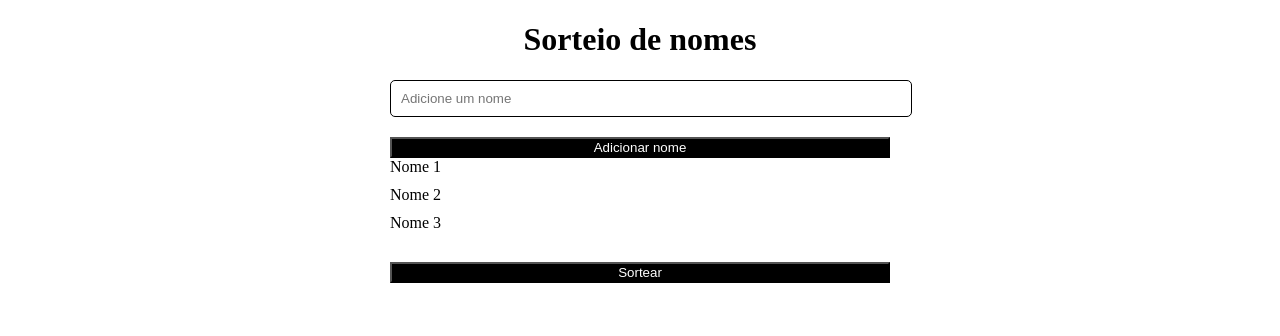
Repository: Matheus904-12/sorte
Page: sorteio-nomes.html
The author's editor kept a copy of each file at every save. The page is drawn from the files as they stood at one save, then again after the next save.
The browser window is 1280 px wide. The pictures show the whole page.

Above is the page before, as saved 2023-09-10 11:32:20.

After the next save:
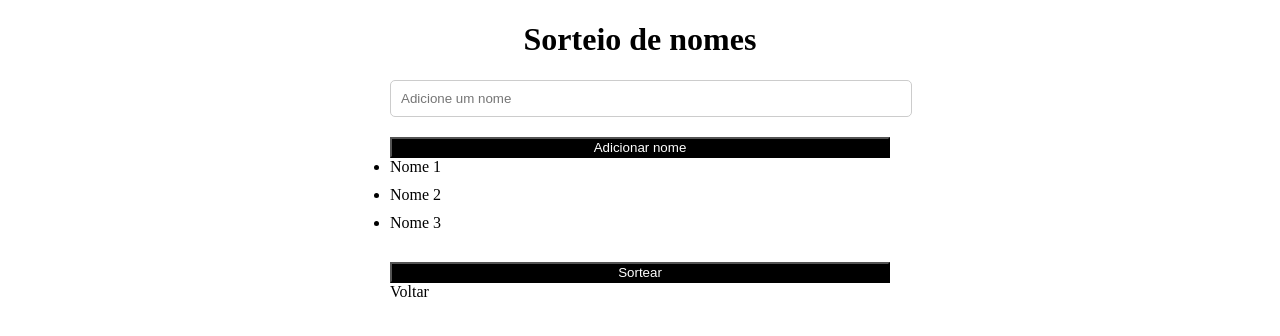
Saved 2 min 5 s later.
--- a/sorteio-nomes.html
+++ b/sorteio-nomes.html
@@ -6,16 +6,17 @@
 </head>
 <body>
   <div class="container">
-    <h1>Sorteio de nomes</h1>
-    <input type="text" id="nome" placeholder="Adicione um nome">
-    <button id="adicionar">Adicionar nome</button>
-    <ul id="nomes">
-      <li>Nome 1</li>
-      <li>Nome 2</li>
-      <li>Nome 3</li>
+    <h1 class="text-center">Sorteio de nomes</h1>
+    <input type="text" id="nome" placeholder="Adicione um nome" class="form-control">
+    <button id="adicionar" class="btn btn-primary">Adicionar nome</button>
+    <ul id="nomes" class="list-group">
+      <li class="list-group-item">Nome 1</li>
+      <li class="list-group-item">Nome 2</li>
+      <li class="list-group-item">Nome 3</li>
     </ul>
-    <button id="sortear">Sortear</button>
-    <div id="resultado"></div>
+    <button id="sortear" class="btn btn-primary">Sortear</button>
+    <div id="resultado" class="text-center"></div>
+    <a href="index.html" class="btn btn-secondary">Voltar</a>
   </div>
 
   <style>
@@ -33,7 +34,7 @@
     input {
       width: 100%;
       padding: 10px;
-      border: 1px solid #000;
+      border: 1px solid #ccc;
       border-radius: 5px;
     }
 
@@ -51,14 +52,26 @@
       text-align: center;
     }
 
-    ul {
-      list-style-type: none;
+    a {
+      color: #000;
+      text-decoration: none;
+    }
+
+    a:hover {
+      text-decoration: underline;
+    }
+
+    .list-group {
       margin: 0;
       padding: 0;
     }
 
-    li {
+    .list-group-item {
       margin-bottom: 10px;
+    }
+
+    .list-group-item:hover {
+      background-color: #ccc;
     }
   </style>
   <script>
